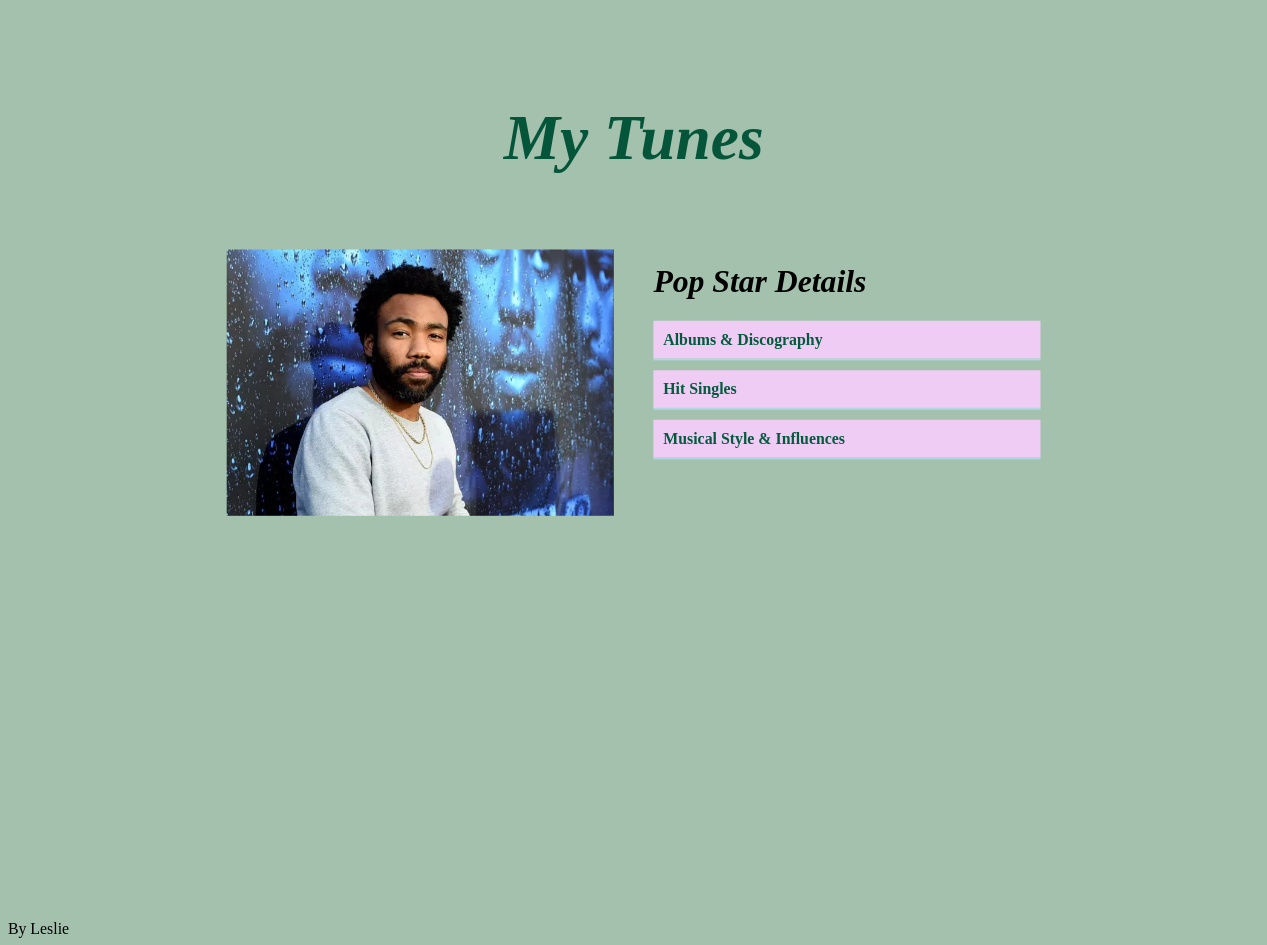
Repository: leslie179/labOne
Page: /
The author's editor kept a copy of each file at every save. The page is drawn from the files as they stood at one save, then again after a run of saves.
The browser window is 1280 px wide. The pictures show the whole page, at 99% of full size.
The project was rebuilt for these pictures with package versions that can differ from the ones it lists, and the page was loaded fresh each time. The framework's server and built-in components were replaced by stand-ins that run in the browser. Also part of the build but not shown: next.config.js, components/Footer/Footer.module.css.

Above is the page before, as saved 2024-09-15 22:46:49.

### pages/index.js
import Head from 'next/head'
import styles from '@/styles/Home.module.css'
import Footer from '@/components/Footer'
import Header from '@/components/Header'
import LeftComponent from '@/components/LeftComponent'
import RightComponent from '@/components/RightComponent'

export default function Home() {
  return (
    <>
      <Head>
        <title>Create Next App</title>
        <meta name="description" content="Generated by create next app" />
        <meta name="viewport" content="width=device-width, initial-scale=1" />
        <link rel="icon" href="/favicon.ico" />
      </Head>
      <Header/>
      <main className={`${styles.main}`}>
      <div className={styles.container}>
      <div className={styles.left}>
                <LeftComponent />
            </div>
            <div className={styles.right}>
              <h1 className={styles.h1}>Pop Star Details</h1>
                <RightComponent />
            </div>
            </div>
      </main>
      <Footer/>
    </>
  )
}

### styles/globals.css
:root {
  background-color: rgb(163, 193, 172);

}

a {
  color: inherit;
  text-decoration: none;

}

### styles/Home.module.css
.main {
  display: flex;
  flex-direction: column;
  justify-content: space-between;
  align-items: center;
  padding: 1rem;
  min-height: 20vh;
}

.container {
  display: flex;
  width: 70%;
  height: 100vh;

}

.left, .right {
  width: 50%;
  padding: 20px;
  box-sizing: border-box;
}



.h1{
  padding-top: 8%;
  font-style: italic;
}

### components/Footer/index.js
import styles from "./Footer.module.css"

export default function Footer() {
    return(
        <footer className={styles.Footer}>
            By Leslie
        </footer>
    )
}

### components/Header/index.js
import styles from './Header.module.css';


export default function Header() {
    return (
        <header className={styles.header}>
            <h1>My Tunes</h1>
        </header>
    );
}

### components/LeftComponent/index.js
import styles from './LeftComponent.module.css';

export default function LeftComponent() {
    return (
        <div>
            <img src="childish_icon.jpg" alt="Childish Icon" className={styles.image} />
        </div>
    );
}

### components/RightComponent/index.js
import { useState } from 'react';
import styles from './RightComponent.module.css';

export default function RightComponent() {
    const [activeIndex, setActiveIndex] = useState(null);

    const toggleAccordion = (index) => {
        setActiveIndex(activeIndex === index ? null : index);
    };

    const categories = [
        {
            title: 'Albums & Discography',
            content: '"Camp" \n"Because the Internet" \n"Awaken, My Love!"'
        },
        {
            title: 'Hit Singles',
            content: '"3005"\n "Redbone"\n "This Is America" which won Grammys for its cultural impact.'
        },
        {
            title: 'Musical Style & Influences',
            content: 'Blend of hip hop, soul, funk, and rock, drawing influence from Prince, OutKast, and more.'
        }
    ];

    return (
        <div className={styles.accordion}>
            {categories.map((category, index) => (
                <div key={index} className={styles.item}>
                    <div className={styles.title} onClick={() => toggleAccordion(index)}>
                        {category.title}
                    </div>
                    <div className={`${styles.content} ${activeIndex === index ? styles.show : ''}`}>
                        <p>{category.content.split('\n').map((line, i) => (
                            <span key={i}>{line}<br /></span>
                        ))}</p>
                    </div>
                </div>
            ))}
        </div>
    );
}

### components/Header/Header.module.css
.header {
    text-align: center;
    padding-top: 7.5%;
  }

  .header h1 {
    margin: 0;
    padding: 0;
    font-size: 4rem;
    font-style: italic;
    color: rgb(4, 85, 58);
  }

### components/LeftComponent/LeftComponent.module.css
.left {
    width: 50%;
    background-color: lightgray;
    padding: 20px;
    box-sizing: border-box;
    height: 100vh;
    float: left;
}

.image{
    width: 100%;
    padding-top: 10%;
}

### components/RightComponent/RightComponent.module.css
.right {
    width: 50%;
    padding: 20px;

    box-sizing: border-box;
    height: 100vh;
    float: right;
}


.item {
    border-bottom: 2.5px solid lightblue;
    margin-bottom: 10px;
}

.title {
    cursor: pointer;
    padding: 10px;
    background-color: #eeccf4;
    color: rgb(3, 91, 62);
    font-weight: bold;
}

.content {
    max-height: 0;
    overflow: hidden;
    transition: max-height 0.3s ease-out;
}

.show {
    max-height: 100px;
}

Loaded but not shown: pages/_app.js (common file); pages/_document.js (common file)

After the next 2 saves:
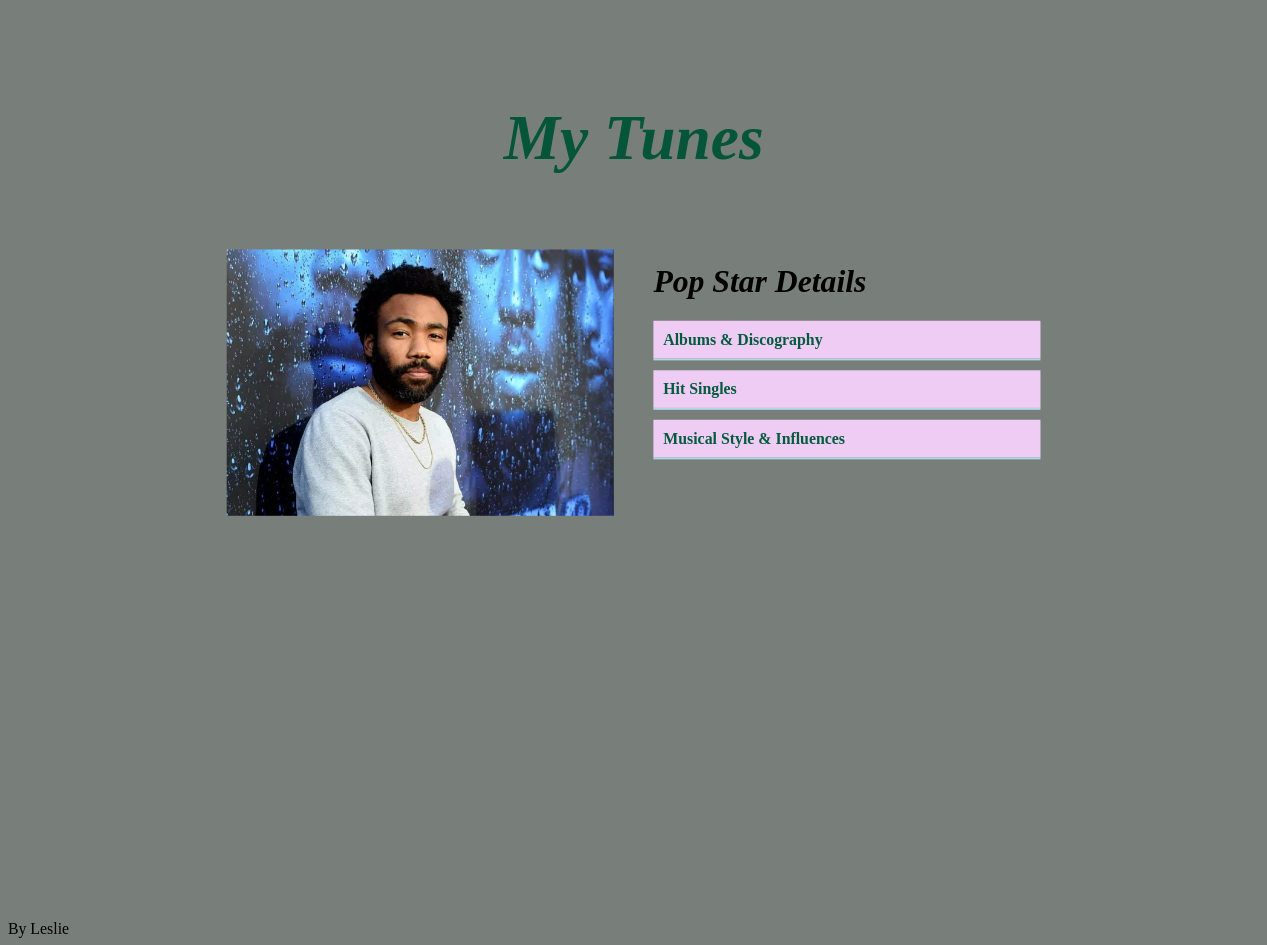
The 2 saves are shown as one change because they came seconds apart.
The last was saved 6 s later.
--- a/styles/globals.css
+++ b/styles/globals.css
@@ -1,5 +1,5 @@
 :root {
-  background-color: rgb(163, 193, 172);
+  background-color: rgb(120, 126, 122);
 
 }
 
